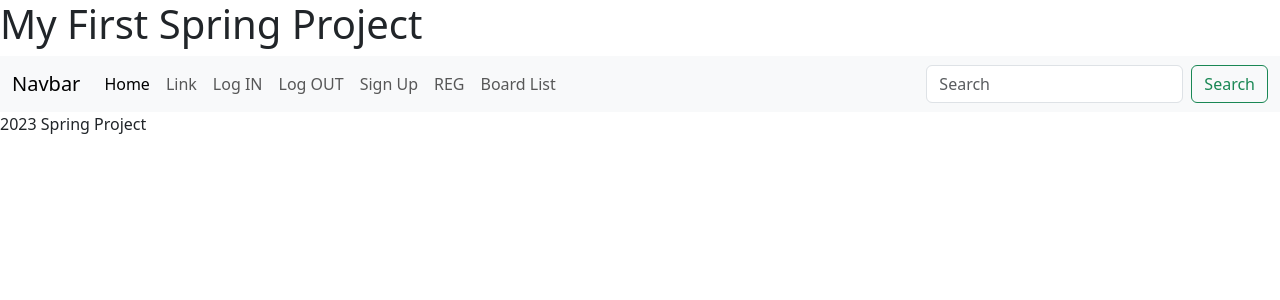
Repository: gatsby5959/_springTest
Page: http://localhost/spring-Test/WEB-INF/views/member/signup.jsp
These files come from the project's save history. The page is drawn as it stood at one moment and after the next save; the edit follows.
The browser window is 1280 px wide. The pictures show the whole page.
The page is served by Tomcat 9. Nobody is signed in. The template is opened directly, without the code that normally fills it, so the values that code supplies are empty.

Above is the page before, as saved 2023-10-06 07:02:59.

After the next save:
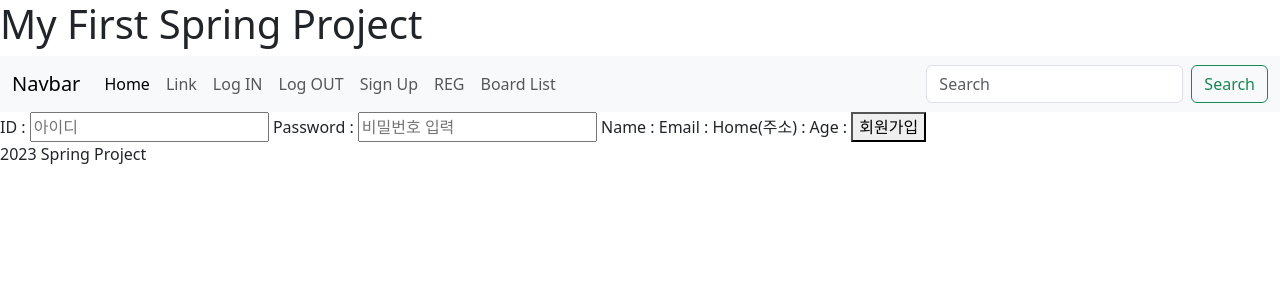
Saved 2 min 26 s later.
--- a/spring-Test/src/main/webapp/WEB-INF/views/member/signup.jsp
+++ b/spring-Test/src/main/webapp/WEB-INF/views/member/signup.jsp
@@ -9,7 +9,15 @@
 </head>
 <body>
 <jsp:include page="../layout/header.jsp"></jsp:include>
-
+<form action="/member/signup" method = "post">
+ID : <input type="text" name = "id" placeholder="아이디">
+Password : <input type="password" name = "pw" placeholder="비밀번호 입력">
+Name :
+Email :
+Home(주소) :
+Age :
+<button type = "submit">회원가입</button>
+</form>
 
 <jsp:include page="../layout/footer.jsp"></jsp:include>
 </body>
